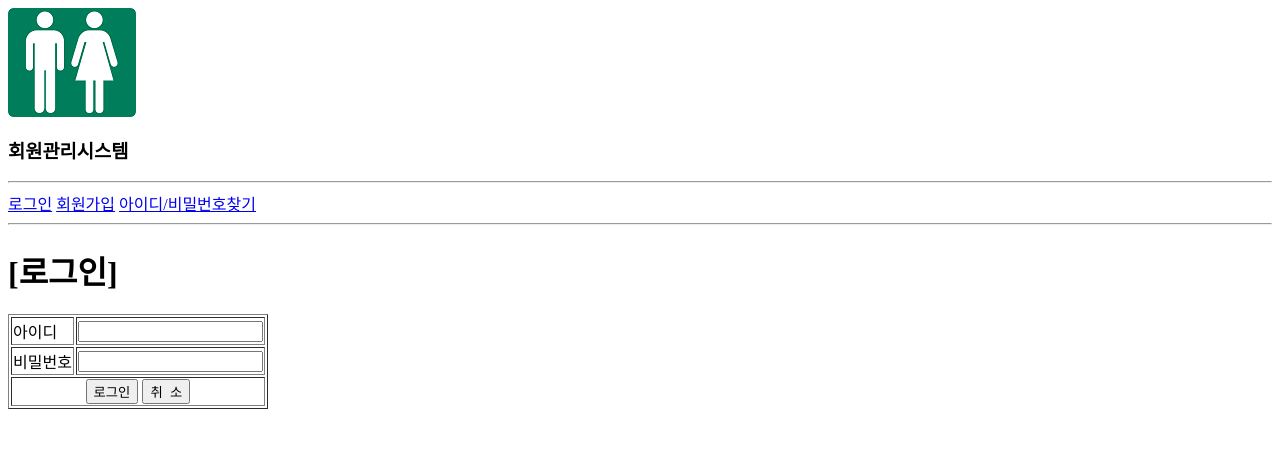
Repository: helloJunejun/WorkSpace_WebUi
Page: 0.2html_form_table/src/main/webapp/login.html
The author's editor kept a copy of each file at every save. The page is drawn from the files as they stood at one save, then again after the next save.
The browser window is 1280 px wide. The pictures show the whole page.

Above is the page before, as saved 2021-06-24 01:43:51.

After the next save:
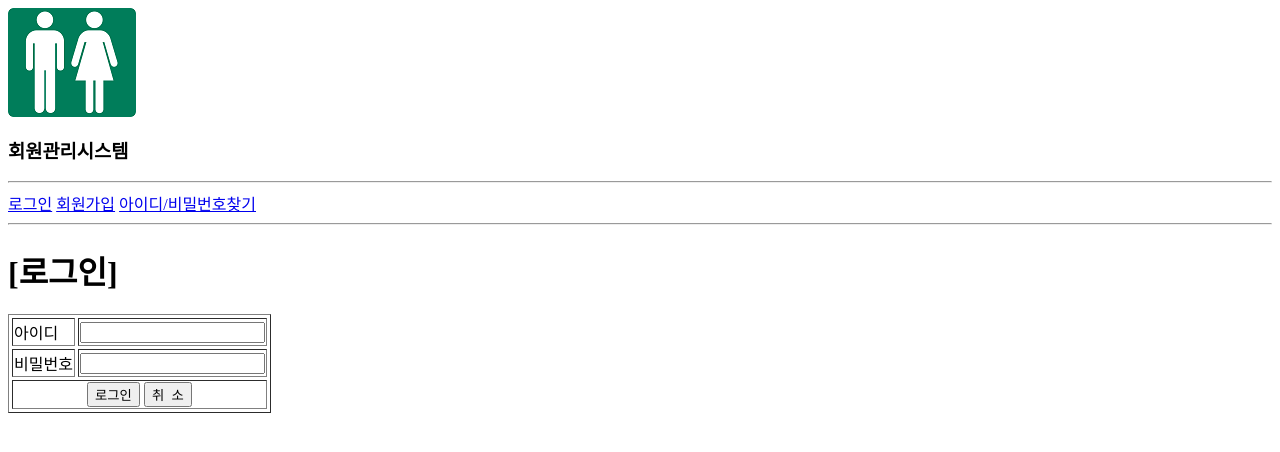
Saved 28 s later.
--- a/0.2html_form_table/src/main/webapp/login.html
+++ b/0.2html_form_table/src/main/webapp/login.html
@@ -33,7 +33,7 @@
 
 
 	<h1>[로그인]</h1>
-	<table border="1">
+	<table border="1" cellspacing="3px">
 	<form action="result.html" method="post">
 
 	<tr>
